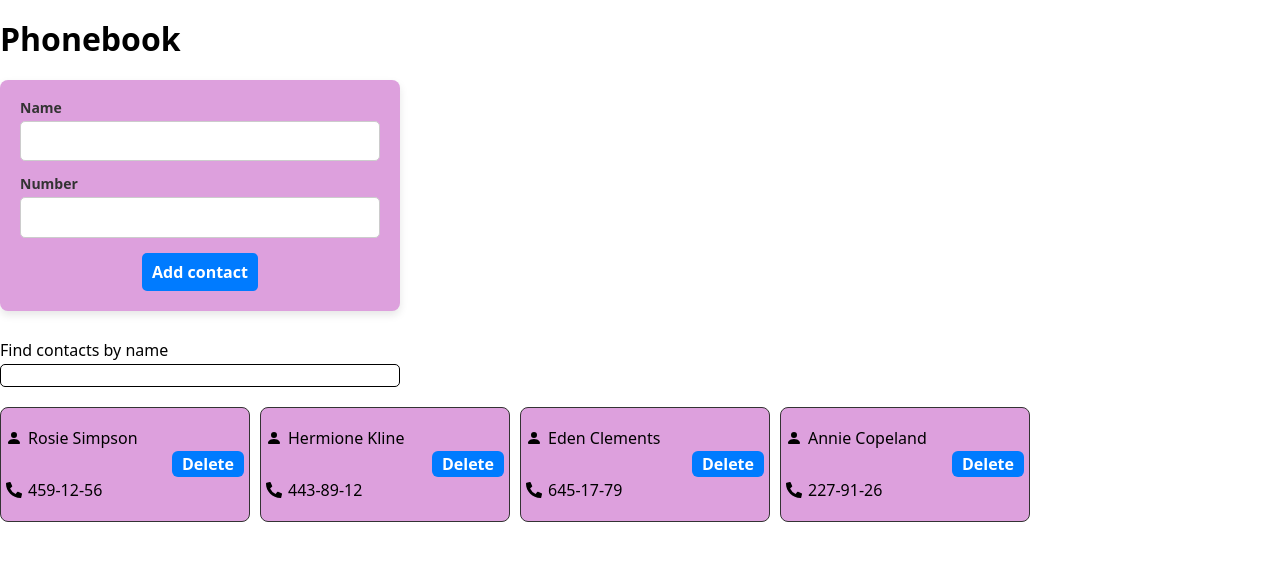
Repository: Evgeniya-Tishakova/goit-react-hw-03
Page: /
These files come from the project's save history. The page is drawn as it stood at one moment and after a run of saves; the edit follows.
The browser window is 1280 px wide. The pictures show the whole page.
The project was rebuilt for these pictures with package versions that can differ from the ones it lists, and the page was loaded fresh each time. Also part of the build but not shown: vite.config.js, src/index.css, src/components/App/App.module.css.

Above is the page before, as saved 2025-03-09 17:18:18.

After the next 2 saves:
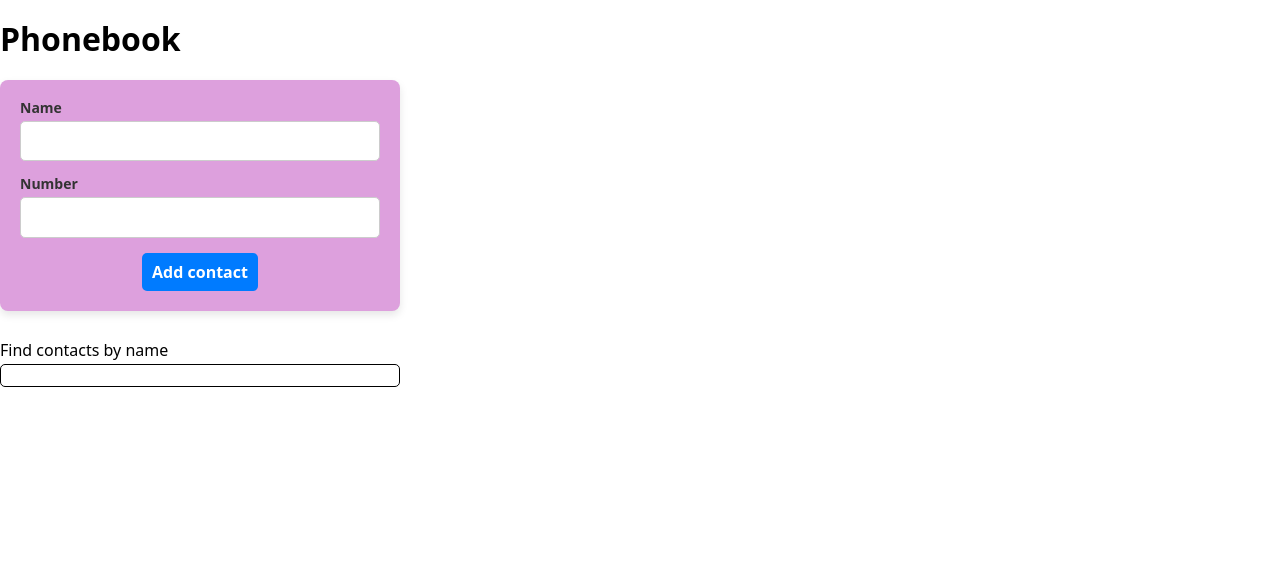
The 2 saves are shown as one change because 1 did not build or start.
The last was saved 60 s later.
--- a/src/components/App/App.jsx
+++ b/src/components/App/App.jsx
@@ -30,9 +30,10 @@
     });
   };
 
-  const filterUsers = users.filter((user) =>
-    user.name.toLowerCase().includes(filterContacts.toLowerCase())
-  );
+  const filterUsers = users.filter((user) => {
+    console.log(user, filterContacts);
+    user.name.toLowerCase().includes(filterContacts.toLowerCase());
+  });
 
   return (
     <>

After the 5 saves that followed:
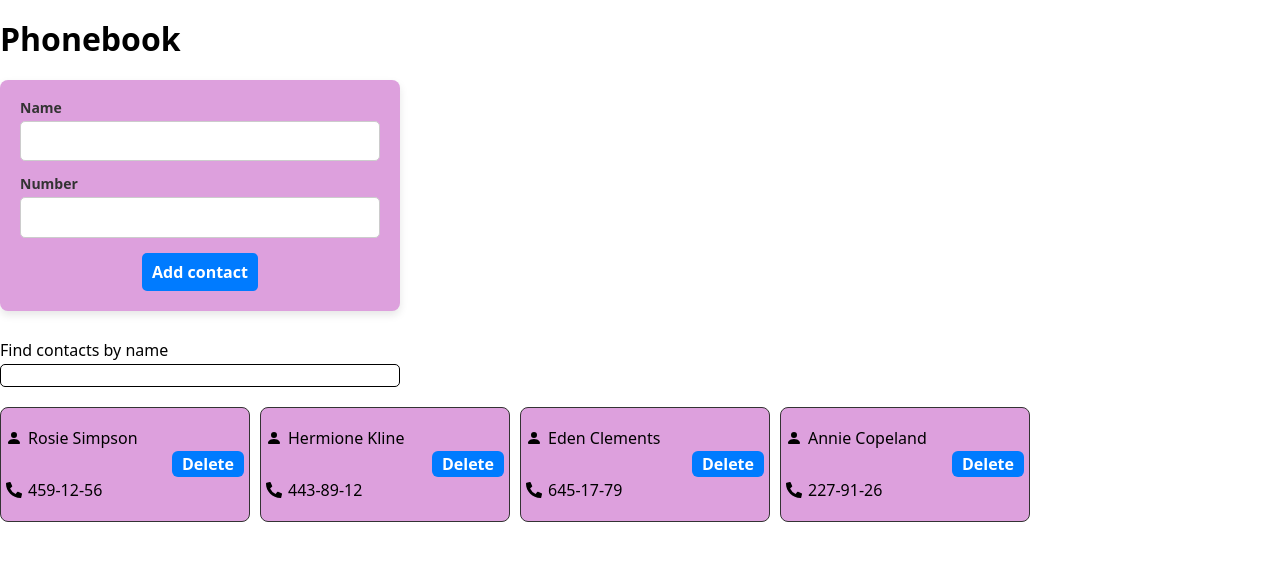
The 5 saves are shown as one change because 1 did not build or start and 3 left the picture as it was.
The last was saved 3 min 28 s later.
--- a/src/components/App/App.jsx
+++ b/src/components/App/App.jsx
@@ -30,10 +30,9 @@
     });
   };
 
-  const filterUsers = users.filter((user) => {
-    console.log(user, filterContacts);
-    user.name.toLowerCase().includes(filterContacts.toLowerCase());
-  });
+  const filterUsers = users.filter((user) =>
+    user.name.toLowerCase().includes(filterContacts.toLowerCase())
+  );
 
   return (
     <>
--- a/src/components/SearchBox/SearchBox.jsx
+++ b/src/components/SearchBox/SearchBox.jsx
@@ -9,7 +9,7 @@ export default function Filter({ value, onFilter }) {
         className={css.input}
         type="text"
         value={value}
-        onChange={(value) => onFilter(value)}
+        onChange={(e) => onFilter(e.target.value)}
       />
     </div>
   );
